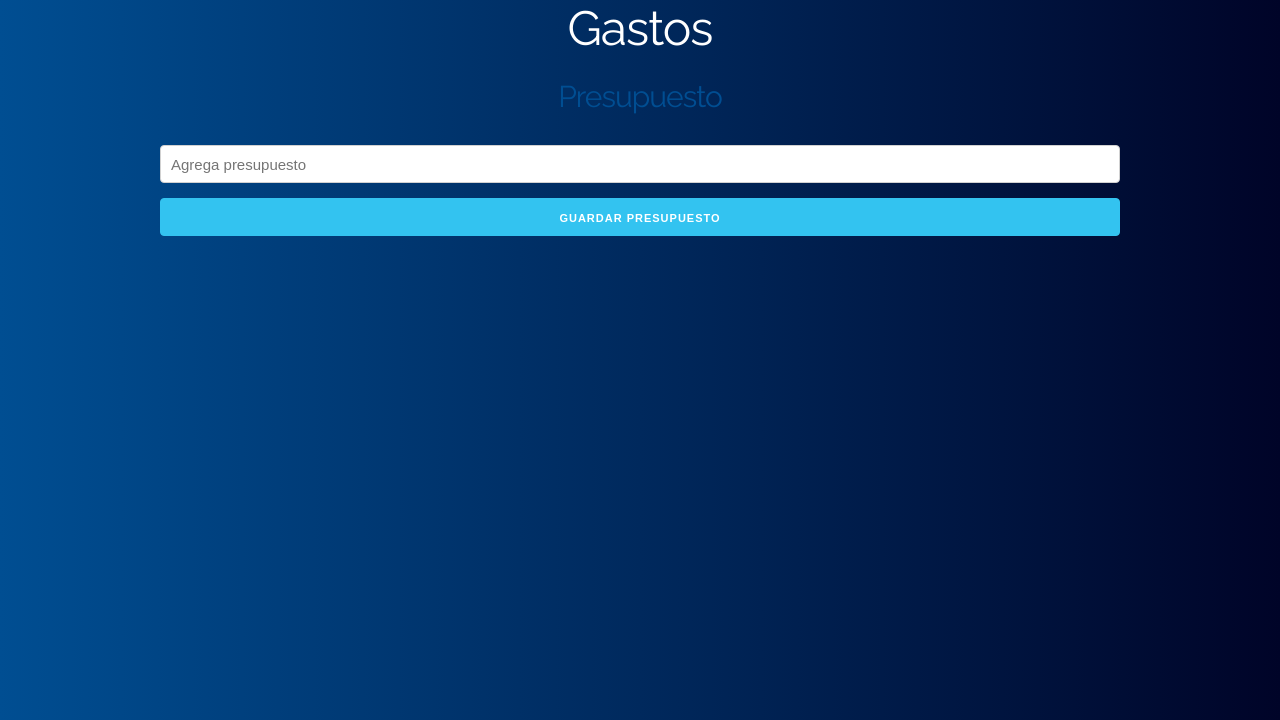
Repository: harrycampaz/presupuestos-react-hokks
Page: /
These files come from the project's save history. The page is drawn as it stood at one moment and after the next save; the edit follows.
The browser window is 1280 px wide. The pictures show the whole page.
The project was rebuilt for these pictures with package versions that can differ from the ones it lists, and the page was loaded fresh each time.

Above is the page before, as saved 2020-01-21 13:55:05.

### public/index.html
<!DOCTYPE html>
<html lang="en">
  <head>
    <meta charset="utf-8" />
    <link rel="icon" href="%PUBLIC_URL%/favicon.ico" />
    <meta name="viewport" content="width=device-width, initial-scale=1" />
    <meta name="theme-color" content="#000000" />
    <meta
      name="description"
      content="Web site created using create-react-app"
    />
    <link rel="apple-touch-icon" href="%PUBLIC_URL%/logo192.png" />
    <!--
      manifest.json provides metadata used when your web app is installed on a
      user's mobile device or desktop. See https://developers.google.com/web/fundamentals/web-app-manifest/
    -->
    <link rel="manifest" href="%PUBLIC_URL%/manifest.json" />
    <link href="https://fonts.googleapis.com/css?family=Raleway:400,700&display=swap" rel="stylesheet">
    <link rel="stylesheet" href="/css/normalize.css">
    <link rel="stylesheet" href="/css/skeleton.css">
    <!--
      Notice the use of %PUBLIC_URL% in the tags above.
      It will be replaced with the URL of the `public` folder during the build.
      Only files inside the `public` folder can be referenced from the HTML.

      Unlike "/favicon.ico" or "favicon.ico", "%PUBLIC_URL%/favicon.ico" will
      work correctly both with client-side routing and a non-root public URL.
      Learn how to configure a non-root public URL by running `npm run build`.
    -->
    <title>React App</title>
  </head>
  <body>
    <noscript>You need to enable JavaScript to run this app.</noscript>
    <div id="root"></div>
    <!--
      This HTML file is a template.
      If you open it directly in the browser, you will see an empty page.

      You can add webfonts, meta tags, or analytics to this file.
      The build step will place the bundled scripts into the <body> tag.

      To begin the development, run `npm start` or `yarn start`.
      To create a production bundle, use `npm run build` or `yarn build`.
    -->
  </body>
</html>

### src/App.js
import React from 'react';
import Header from './components/ui/Header';
import Main from './components/Main';


function App() {
  return (
    <div className="App container">
     <Header titulo = "Gastos"/>
     <Main/>
    </div>
  );
}

export default App;

### src/components/ui/Header.js
import React from 'react';

function Header({titulo}) {
    return (
    <h1>{titulo}</h1>
    );
}

export default Header;

### src/components/Main.js
import React, { Fragment } from 'react';

function Main(props) {
    return (
       <Fragment>
           <h2>Presupuesto</h2>

           <form action="">
               <input type="number"
               name="presupuesto"
               id="presupuesto"
               className="u-full-width"
               placeholder="Agrega presupuesto"
              // onChange={}
               />

               <input type="submit" value="Guardar presupuesto" className="button-primary u-full-width"/>
           </form>
       </Fragment>
    );
}

export default Main;

### public/css/skeleton.css
/*
* Skeleton V2.0.4
* Copyright 2014, Dave Gamache
* www.getskeleton.com
* Free to use under the MIT license.
* http://www.opensource.org/licenses/mit-license.php
* 12/29/2014
*/


/* Table of contents
––––––––––––––––––––––––––––––––––––––––––––––––––
- Grid
- Base Styles
- Typography
- Links
- Buttons
- Forms
- Lists
- Code
- Tables
- Spacing
- Utilities
- Clearing
- Media Queries
*/


/* Grid
–––––––––––––––––––––––––––––––––––––––––––––––––– */
.container {
  position: relative;
  width: 100%;
  max-width: 960px;
  margin: 0 auto;
  padding: 0 20px;
  box-sizing: border-box; }
.column,
.columns {
  width: 100%;
  float: left;
  box-sizing: border-box; }

/* For devices larger than 400px */
@media (min-width: 400px) {
  .container {
    width: 85%;
    padding: 0; }
}

/* For devices larger than 550px */
@media (min-width: 550px) {
  .container {
    width: 80%; }
  .column,
  .columns {
    margin-left: 4%; }
  .column:first-child,
  .columns:first-child {
    margin-left: 0; }

  .one.column,
  .one.columns                    { width: 4.66666666667%; }
  .two.columns                    { width: 13.3333333333%; }
  .three.columns                  { width: 22%;            }
  .four.columns                   { width: 30.6666666667%; }
  .five.columns                   { width: 39.3333333333%; }
  .six.columns                    { width: 48%;            }
  .seven.columns                  { width: 56.6666666667%; }
  .eight.columns                  { width: 65.3333333333%; }
  .nine.columns                   { width: 74.0%;          }
  .ten.columns                    { width: 82.6666666667%; }
  .eleven.columns                 { width: 91.3333333333%; }
  .twelve.columns                 { width: 100%; margin-left: 0; }

  .one-third.column               { width: 30.6666666667%; }
  .two-thirds.column              { width: 65.3333333333%; }

  .one-half.column                { width: 48%; }

  /* Offsets */
  .offset-by-one.column,
  .offset-by-one.columns          { margin-left: 8.66666666667%; }
  .offset-by-two.column,
  .offset-by-two.columns          { margin-left: 17.3333333333%; }
  .offset-by-three.column,
  .offset-by-three.columns        { margin-left: 26%;            }
  .offset-by-four.column,
  .offset-by-four.columns         { margin-left: 34.6666666667%; }
  .offset-by-five.column,
  .offset-by-five.columns         { margin-left: 43.3333333333%; }
  .offset-by-six.column,
  .offset-by-six.columns          { margin-left: 52%;            }
  .offset-by-seven.column,
  .offset-by-seven.columns        { margin-left: 60.6666666667%; }
  .offset-by-eight.column,
  .offset-by-eight.columns        { margin-left: 69.3333333333%; }
  .offset-by-nine.column,
  .offset-by-nine.columns         { margin-left: 78.0%;          }
  .offset-by-ten.column,
  .offset-by-ten.columns          { margin-left: 86.6666666667%; }
  .offset-by-eleven.column,
  .offset-by-eleven.columns       { margin-left: 95.3333333333%; }

  .offset-by-one-third.column,
  .offset-by-one-third.columns    { margin-left: 34.6666666667%; }
  .offset-by-two-thirds.column,
  .offset-by-two-thirds.columns   { margin-left: 69.3333333333%; }

  .offset-by-one-half.column,
  .offset-by-one-half.columns     { margin-left: 52%; }

}


/* Base Styles
–––––––––––––––––––––––––––––––––––––––––––––––––– */
/* NOTE
html is set to 62.5% so that all the REM measurements throughout Skeleton
are based on 10px sizing. So basically 1.5rem = 15px :) */
html {
  font-size: 62.5%; }
body {
  font-size: 1.5em; /* currently ems cause chrome bug misinterpreting rems on body element */
  line-height: 1.6;
  font-weight: 400;
  font-family: "Raleway", "HelveticaNeue", "Helvetica Neue", Helvetica, Arial, sans-serif;
  color: #222; }


/* Typography
–––––––––––––––––––––––––––––––––––––––––––––––––– */
h1, h2, h3, h4, h5, h6 {
  margin-top: 0;
  margin-bottom: 2rem;
  font-weight: 300; }
h1 { font-size: 4.0rem; line-height: 1.2;  letter-spacing: -.1rem;}
h2 { font-size: 3.6rem; line-height: 1.25; letter-spacing: -.1rem; }
h3 { font-size: 3.0rem; line-height: 1.3;  letter-spacing: -.1rem; }
h4 { font-size: 2.4rem; line-height: 1.35; letter-spacing: -.08rem; }
h5 { font-size: 1.8rem; line-height: 1.5;  letter-spacing: -.05rem; }
h6 { font-size: 1.5rem; line-height: 1.6;  letter-spacing: 0; }

/* Larger than phablet */
@media (min-width: 550px) {
  h1 { font-size: 5.0rem; }
  h2 { font-size: 4.2rem; }
  h3 { font-size: 3.6rem; }
  h4 { font-size: 3.0rem; }
  h5 { font-size: 2.4rem; }
  h6 { font-size: 1.5rem; }
}

p {
  margin-top: 0; }


/* Links
–––––––––––––––––––––––––––––––––––––––––––––––––– */
a {
  color: #1EAEDB; }
a:hover {
  color: #0FA0CE; }


/* Buttons
–––––––––––––––––––––––––––––––––––––––––––––––––– */
.button,
button,
input[type="submit"],
input[type="reset"],
input[type="button"] {
  display: inline-block;
  height: 38px;
  padding: 0 30px;
  color: #555;
  text-align: center;
  font-size: 11px;
  font-weight: 600;
  line-height: 38px;
  letter-spacing: .1rem;
  text-transform: uppercase;
  text-decoration: none;
  white-space: nowrap;
  background-color: transparent;
  border-radius: 4px;
  border: 1px solid #bbb;
  cursor: pointer;
  box-sizing: border-box; }
.button:hover,
button:hover,
input[type="submit"]:hover,
input[type="reset"]:hover,
input[type="button"]:hover,
.button:focus,
button:focus,
input[type="submit"]:focus,
input[type="reset"]:focus,
input[type="button"]:focus {
  color: #333;
  border-color: #888;
  outline: 0; }
.button.button-primary,
button.button-primary,
input[type="submit"].button-primary,
input[type="reset"].button-primary,
input[type="button"].button-primary {
  color: #FFF;
  background-color: #33C3F0;
  border-color: #33C3F0; }
.button.button-primary:hover,
button.button-primary:hover,
input[type="submit"].button-primary:hover,
input[type="reset"].button-primary:hover,
input[type="button"].button-primary:hover,
.button.button-primary:focus,
button.button-primary:focus,
input[type="submit"].button-primary:focus,
input[type="reset"].button-primary:focus,
input[type="button"].button-primary:focus {
  color: #FFF;
  background-color: #1EAEDB;
  border-color: #1EAEDB; }


/* Forms
–––––––––––––––––––––––––––––––––––––––––––––––––– */
input[type="email"],
input[type="number"],
input[type="search"],
input[type="text"],
input[type="tel"],
input[type="url"],
input[type="password"],
textarea,
select {
  height: 38px;
  padding: 6px 10px; /* The 6px vertically centers text on FF, ignored by Webkit */
  background-color: #fff;
  border: 1px solid #D1D1D1;
  border-radius: 4px;
  box-shadow: none;
  box-sizing: border-box; }
/* Removes awkward default styles on some inputs for iOS */
input[type="email"],
input[type="number"],
input[type="search"],
input[type="text"],
input[type="tel"],
input[type="url"],
input[type="password"],
textarea {
  -webkit-appearance: none;
     -moz-appearance: none;
          appearance: none; }
textarea {
  min-height: 65px;
  padding-top: 6px;
  padding-bottom: 6px; }
input[type="email"]:focus,
input[type="number"]:focus,
input[type="search"]:focus,
input[type="text"]:focus,
input[type="tel"]:focus,
input[type="url"]:focus,
input[type="password"]:focus,
textarea:focus,
select:focus {
  border: 1px solid #33C3F0;
  outline: 0; }
label,
legend {
  display: block;
  margin-bottom: .5rem;
  font-weight: 600; }
fieldset {
  padding: 0;
  border-width: 0; }
input[type="checkbox"],
input[type="radio"] {
  display: inline; }
label > .label-body {
  display: inline-block;
  margin-left: .5rem;
  font-weight: normal; }


/* Lists
–––––––––––––––––––––––––––––––––––––––––––––––––– */
ul {
  list-style: circle inside; }
ol {
  list-style: decimal inside; }
ol, ul {
  padding-left: 0;
  margin-top: 0; }
ul ul,
ul ol,
ol ol,
ol ul {
  margin: 1.5rem 0 1.5rem 3rem;
  font-size: 90%; }
li {
  margin-bottom: 1rem; }


/* Code
–––––––––––––––––––––––––––––––––––––––––––––––––– */
code {
  padding: .2rem .5rem;
  margin: 0 .2rem;
  font-size: 90%;
  white-space: nowrap;
  background: #F1F1F1;
  border: 1px solid #E1E1E1;
  border-radius: 4px; }
pre > code {
  display: block;
  padding: 1rem 1.5rem;
  white-space: pre; }


/* Tables
–––––––––––––––––––––––––––––––––––––––––––––––––– */
th,
td {
  padding: 12px 15px;
  text-align: left;
  border-bottom: 1px solid #E1E1E1; }
th:first-child,
td:first-child {
  padding-left: 0; }
th:last-child,
td:last-child {
  padding-right: 0; }


/* Spacing
–––––––––––––––––––––––––––––––––––––––––––––––––– */
button,
.button {
  margin-bottom: 1rem; }
input,
textarea,
select,
fieldset {
  margin-bottom: 1.5rem; }
pre,
blockquote,
dl,
figure,
table,
p,
ul,
ol,
form {
  margin-bottom: 2.5rem; }


/* Utilities
–––––––––––––––––––––––––––––––––––––––––––––––––– */
.u-full-width {
  width: 100%;
  box-sizing: border-box; }
.u-max-full-width {
  max-width: 100%;
  box-sizing: border-box; }
.u-pull-right {
  float: right; }
.u-pull-left {
  float: left; }


/* Misc
–––––––––––––––––––––––––––––––––––––––––––––––––– */
hr {
  margin-top: 3rem;
  margin-bottom: 3.5rem;
  border-width: 0;
  border-top: 1px solid #E1E1E1; }


/* Clearing
–––––––––––––––––––––––––––––––––––––––––––––––––– */

/* Self Clearing Goodness */
.container:after,
.row:after,
.u-cf {
  content: "";
  display: table;
  clear: both; }


/* Media Queries
–––––––––––––––––––––––––––––––––––––––––––––––––– */
/*
Note: The best way to structure the use of media queries is to create the queries
near the relevant code. For example, if you wanted to change the styles for buttons
on small devices, paste the mobile query code up in the buttons section and style it
there.
*/


/* Larger than mobile */
@media (min-width: 400px) {}

/* Larger than phablet (also point when grid becomes active) */
@media (min-width: 550px) {}

/* Larger than tablet */
@media (min-width: 750px) {}

/* Larger than desktop */
@media (min-width: 1000px) {}

/* Larger than Desktop HD */
@media (min-width: 1200px) {}

Loaded but not shown: src/index.js (common file); src/index.css (common file); src/serviceWorker.js (common file); public/css/normalize.css (library)

After the next save:
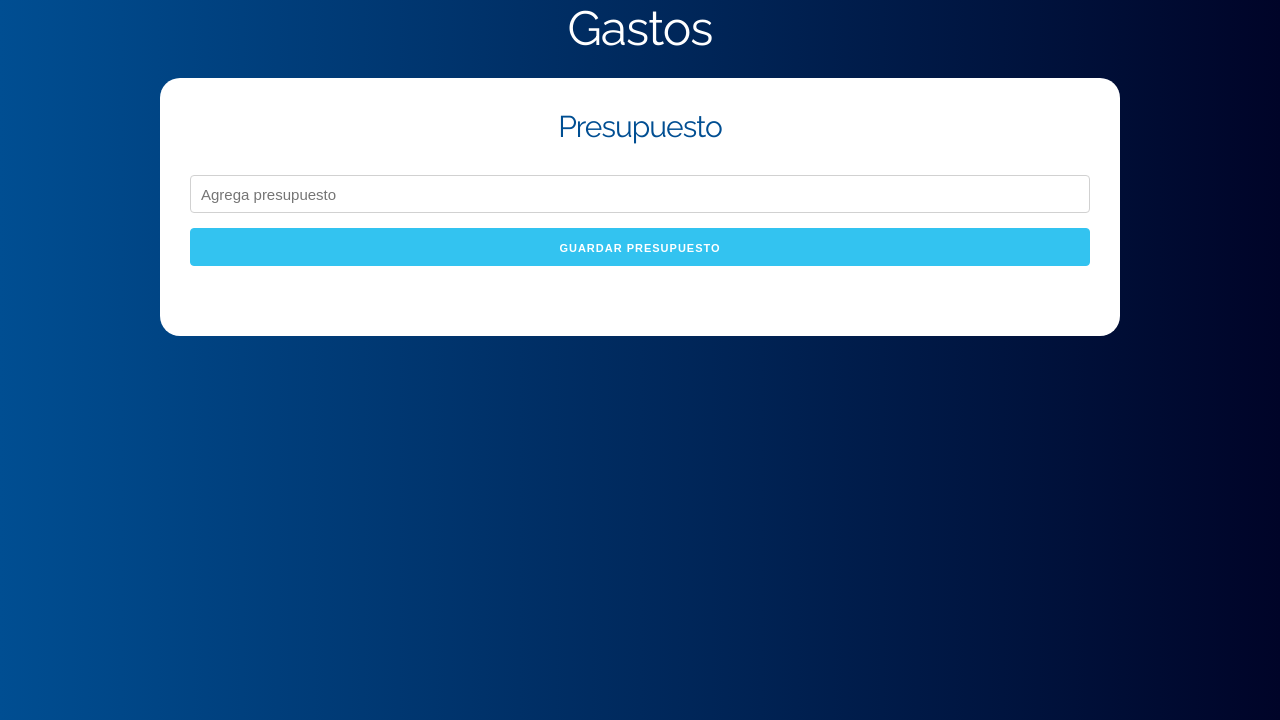
Saved 55 s later.
--- a/src/App.js
+++ b/src/App.js
@@ -7,7 +7,9 @@ function App() {
   return (
     <div className="App container">
      <Header titulo = "Gastos"/>
-     <Main/>
+     <div className="contenido-principal contenido">
+       <Main/>
+     </div>
     </div>
   );
 }
